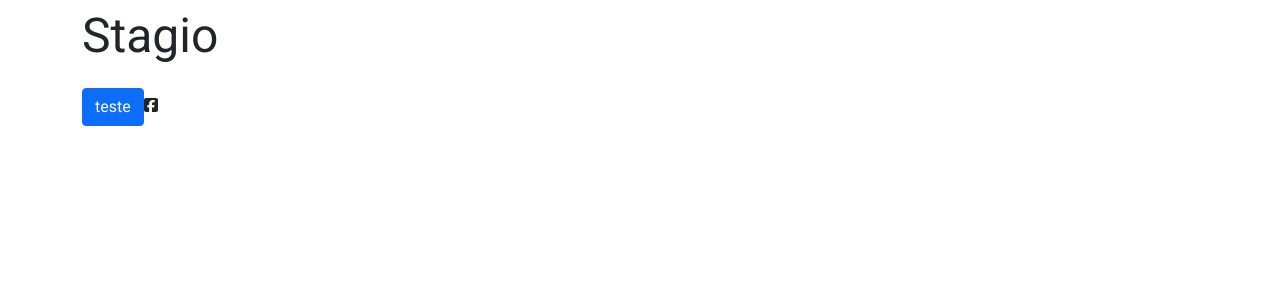
Repository: telesbp/Projeto-4-e-Projeto-5
Page: / (app in front-end/)
These files come from the project's save history. The page is drawn as it stood at one moment and after the next save; the edit follows.
The browser window is 1280 px wide. The pictures show the whole page.
The project was rebuilt for these pictures with package versions that can differ from the ones it lists, and the page was loaded fresh each time.

Above is the page before, as saved 2022-07-17 13:49:05.

### front-end/public/index.html
<!DOCTYPE html>
<html lang="pt-BR">
  <head>
    <meta charset="utf-8" />
    <link rel="icon" href="%PUBLIC_URL%/favicon.ico" />
    <meta name="viewport" content="width=device-width, initial-scale=1" />
    <meta name="theme-color" content="#000000" />
    <meta
      name="description"
      content="Seu negócio automatizado!"
    />
    <link rel="apple-touch-icon" href="%PUBLIC_URL%/logo192.png" />
    <!--
      manifest.json provides metadata used when your web app is installed on a
      user's mobile device or desktop. See https://developers.google.com/web/fundamentals/web-app-manifest/
    -->
    <link rel="manifest" href="%PUBLIC_URL%/manifest.json" />
    <!--
      Notice the use of %PUBLIC_URL% in the tags above.
      It will be replaced with the URL of the `public` folder during the build.
      Only files inside the `public` folder can be referenced from the HTML.

      Unlike "/favicon.ico" or "favicon.ico", "%PUBLIC_URL%/favicon.ico" will
      work correctly both with client-side routing and a non-root public URL.
      Learn how to configure a non-root public URL by running `npm run build`.
    -->
    <title>Stagio</title>

    <link rel="preconnect" href="https://fonts.googleapis.com">
    <link rel="preconnect" href="https://fonts.gstatic.com" crossorigin>
    <link href="https://fonts.googleapis.com/css2?family=Roboto:wght@400;700&display=swap" rel="stylesheet">
  </head>
  <body>
    <noscript>You need to enable JavaScript to run this app.</noscript>
    <div id="root"></div>
    <!--
      This HTML file is a template.
      If you open it directly in the browser, you will see an empty page.

      You can add webfonts, meta tags, or analytics to this file.
      The build step will place the bundled scripts into the <body> tag.

      To begin the development, run `npm start` or `yarn start`.
      To create a production bundle, use `npm run build` or `yarn build`.
    -->
  </body>
</html>

### front-end/src/index.tsx
import React from 'react';
import ReactDOM from 'react-dom/client';
import App from './App';
import 'bootstrap/dist/css/bootstrap.min.css';
import { BrowserRouter } from 'react-router-dom';
import 'react-toastify/dist/ReactToastify.css';
import { ToastContainer } from 'react-toastify';
import { GlobalStyle } from './assets/img/css/global';

const root = ReactDOM.createRoot(
  document.getElementById('root') as HTMLElement
);
root.render(
  <React.StrictMode>
    <BrowserRouter>
    <GlobalStyle/>
      <App />
      <ToastContainer/>
    </BrowserRouter>
  </React.StrictMode>
);

### front-end/src/App.tsx
import { HomeView } from "./views/Home";

function App() {
  return (
    <HomeView/>
  );
}

export default App;

### front-end/src/assets/img/css/global.ts
import { createGlobalStyle } from "styled-components";

export const GlobalStyle = createGlobalStyle`
    body{
       font-family: 'Roboto', sans-serif;
    }
`

### front-end/src/views/Home/index.tsx
import { faFacebookSquare } from "@fortawesome/free-brands-svg-icons";
import { FontAwesomeIcon } from "@fortawesome/react-fontawesome";
import { Button, Container } from "react-bootstrap";
import { toast } from "react-toastify";
import styled from "styled-components";

export function HomeView(){
    return(
    <Container>
        <Title>Stagio</Title>
        <Button onClick={() => toast.success("oi")}>teste</Button>
        <FontAwesomeIcon icon={faFacebookSquare} />
    </Container>
    )
}

const Title = styled.p`
    font-size: 3rem;
`

After the next save:
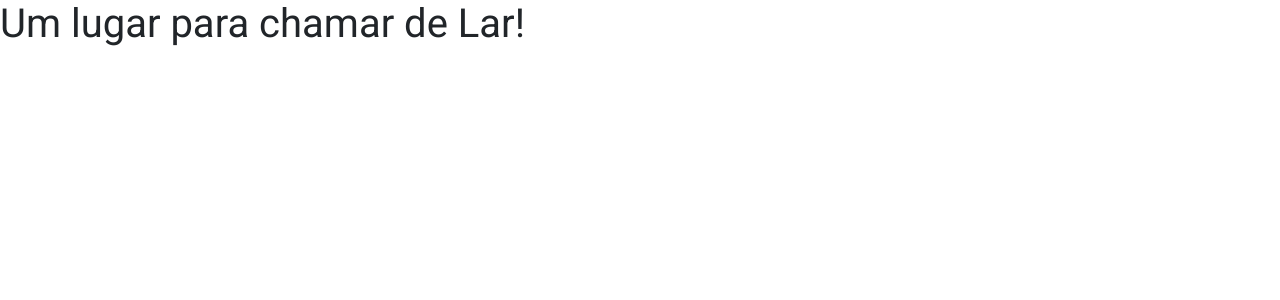
Saved 4 min 38 s later.
--- a/front-end/src/views/Home/index.tsx
+++ b/front-end/src/views/Home/index.tsx
@@ -1,19 +1,13 @@
-import { faFacebookSquare } from "@fortawesome/free-brands-svg-icons";
-import { FontAwesomeIcon } from "@fortawesome/react-fontawesome";
-import { Button, Container } from "react-bootstrap";
-import { toast } from "react-toastify";
 import styled from "styled-components";
 
 export function HomeView(){
     return(
-    <Container>
-        <Title>Stagio</Title>
-        <Button onClick={() => toast.success("oi")}>teste</Button>
-        <FontAwesomeIcon icon={faFacebookSquare} />
-    </Container>
+        <div>
+            <h1>Um lugar para chamar de Lar!</h1>
+        </div>
     )
 }
 
-const Title = styled.p`
-    font-size: 3rem;
+const Banner = styled.div`
+    background-color: #d5bdaf;
 `
